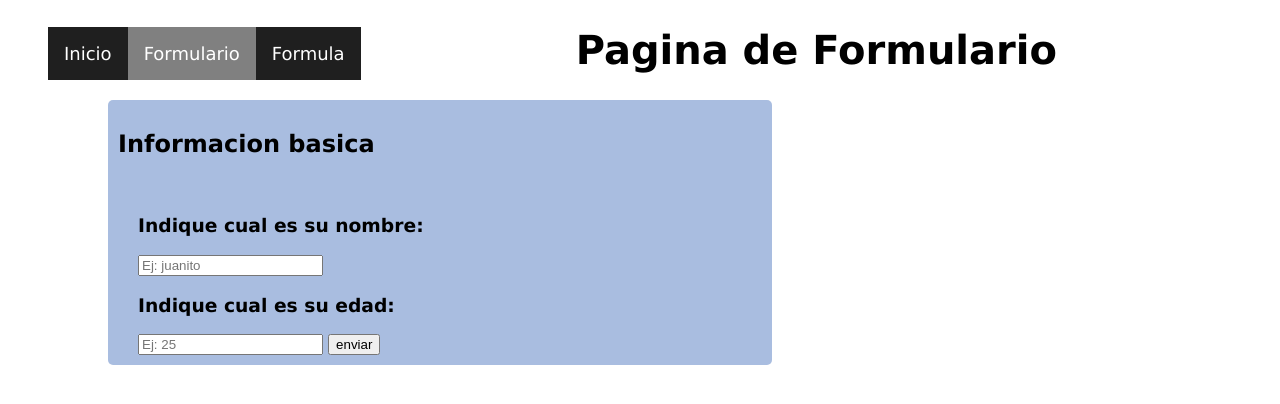
Repository: misterySnow94/tutoriales
Page: pagina basica/formulario.html
An editor plug-in stored every save of this project. The page is shown before and after the next save, followed by the edit.
The browser window is 1280 px wide. The pictures show the whole page.

Above is the page before, as saved 2019-11-03 23:53:55.

After the next save:
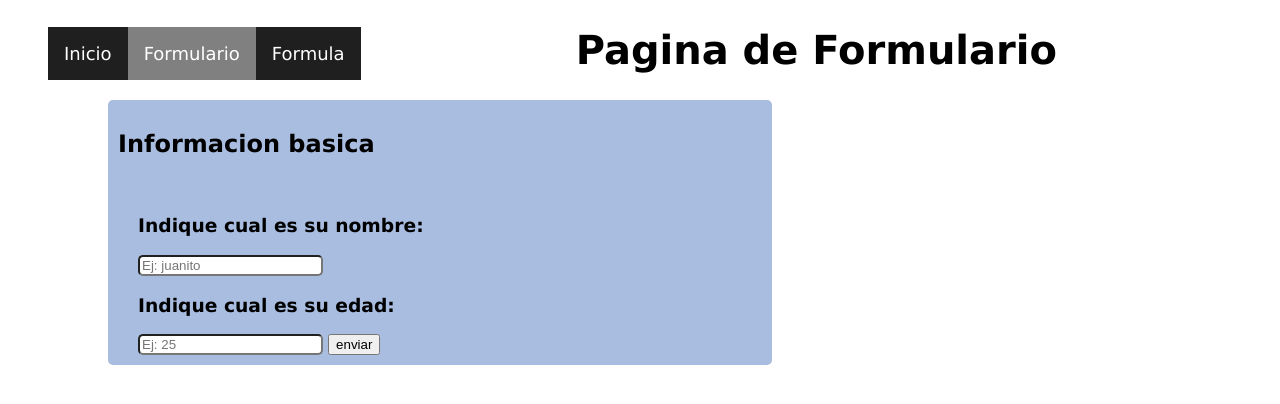
Saved 12 s later.
--- a/pagina basica/css/style.css
+++ b/pagina basica/css/style.css
@@ -41,5 +41,5 @@ label, input, h3{
 }
 
 input{
-
+    border-radius: 5px;
 }
